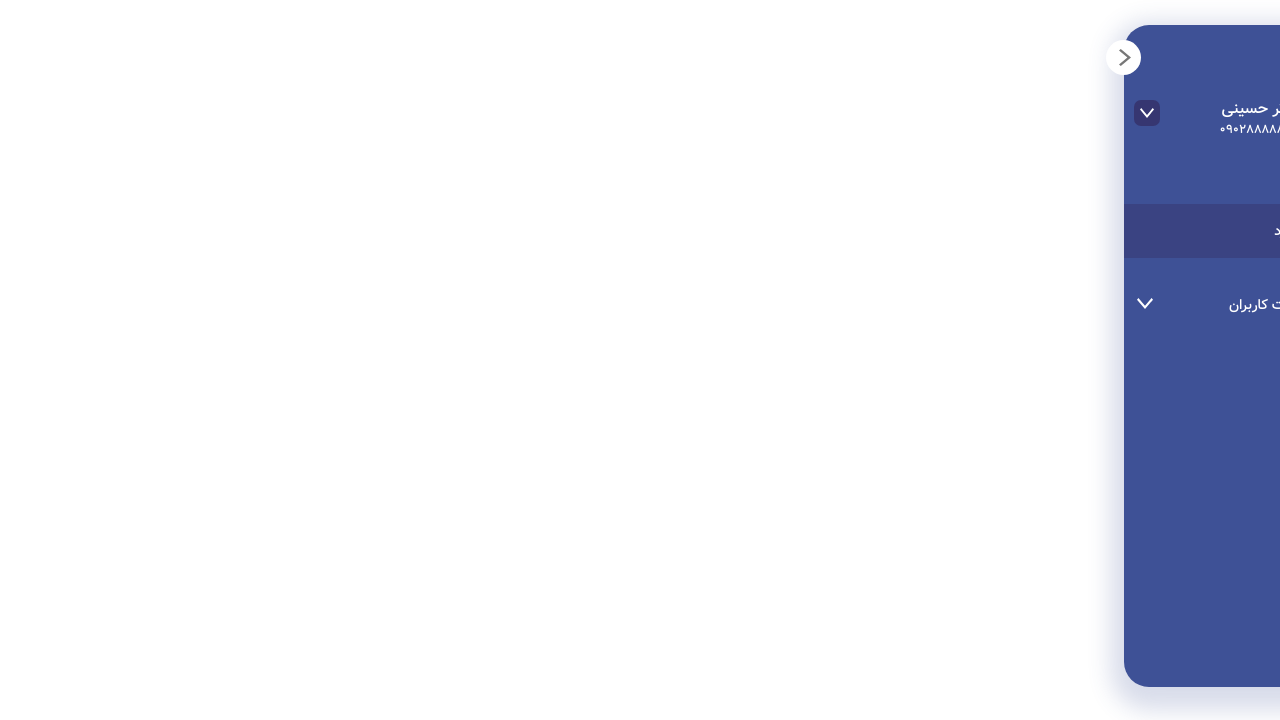
Repository: kosar78/quiz-online
Page: manager-panel-dashbord.html
These files come from the project's save history. The page is drawn as it stood at one moment and after the next save; the edit follows.
The browser window is 1280 px wide. The pictures show the whole page.

Above is the page before, as saved 2021-11-09 02:10:34.

### manager-panel-dashbord.html
<!DOCTYPE html>
<html lang="en">
<head>
    <meta charset="UTF-8">
    <meta name="viewport" content="width=device-width, initial-scale=1.0">
    <link rel="stylesheet" href="css/manager-panel.css">
    <link rel="stylesheet" href="bootstrap_files/css/bootstrap.min.css">
    <script type="text/javascript" src="JQuery_file/jQuery.js"></script>
    <script type="text/javascript" src="bootstrap_files/js/bootstrap.min.js"></script>
    <script type="text/javascript" src="js/manager-panel.js"></script>
    <title>پنل مدیر- داشبورد</title>
</head>
<body>
    <div class="container-fluid">
        <div class="row">
            <div class="col-xl-3 sidebar-parent">
                <div class="resize-sidebar">
                    <img class="resize-right show" src="images/right.svg" alt="">
                    <img class="resize-left hide" src="images/left.svg" alt="">
                </div>
                <div class="sidebar">
                    <ul class="user-profile">
                        <li class="user-img">
                            <img src="images/Cute-Kids-Baby-Girl-Toddler-SDL005498623-2-ce2cf.JPEG" alt="">
                        </li>
                        <li class="user-name-phone">
                            <p class="user-name">
                                کوثر حسینی
                            </p>
                            <p class="user-phone">
                                09028888888
                            </p>
                        </li>
                        <li class="manage-profile">
                            <img class="bottom show" src="images/bottom.svg" alt="">
                            <img class="top hide" src="images/top.svg" alt="">
                        </li>
                    </ul>
                    <div class="manage-profile-menubar hide">
                        <div>
                            <ul class="mp-menubar">
                                <li><img src="images/manage-profile-icon.svg" alt="" class="mp-icon"></li>
                                <li class="mp-name">
                                    پروفایل
                                </li>
                            </ul>
                            <ul class="mp-menubar">
                                <li><img src="images/change-pass-icon.svg" alt="" class="mp-icon"></li>
                                <li class="mp-name">
                                    تغییر رمز عبور
                                </li>
                            </ul>
                            <ul class="mp-menubar">
                                <li><img src="images/profile-manage-exit-icon.svg" alt="" class="mp-icon"></li>
                                <li class="mp-name">
                                    خروج
                                </li>
                            </ul>
                        </div>
                    </div>
                    <ul class="sidebar-case active-case dashbord">
                        <div class="v-line"></div>
                        <li class="case-icon">
                            <img src="images/dashbord-icon.svg" alt="">
                        </li>
                        <li class="case-name">
                            داشبورد
                        </li>
                    </ul>
                    <ul class="sidebar-case user-management">
                        <div class="v-line"></div>
                        <li class="case-icon">
                            <img src="images/user-management-icon.svg" alt="">
                        </li>
                        <li class="case-name">
                            مدیریت کاربران
                        </li>

                        <li class="user-mangement-cases-icon">
                            <img id="user-mangement-cases-icon-bottom" class="show" src="images/bottom.svg" alt="">
                            <img id="user-mangement-cases-icon-top" class="hide" src="images/top.svg" alt="">
                        </li>
                    </ul>
                    <div class="user-management-cases hide">
                        <ul class="user-management-case">
                            <li class="umc-icon"><img src="images/teacher-icon-hide.svg" alt=""></li>
                            <li class="umc-name">
                                استاد
                            </li>
                        </ul>
                        <ul class="user-management-case">
                            <li class="umc-icon"><img src="images/student-icon-hide.svg" alt=""></li>
                            <li class="umc-name">
                                دانشجو
                            </li>
                        </ul>
                        <ul class="user-management-case">
                            <li class="umc-icon"><img src="images/course-icon-hide.svg" alt=""></li>
                            <li class="umc-name">
                                درس
                            </li>
                        </ul>
                    </div>
                </div>
            </div>
            <div class="col-xl-9">

            </div>
        </div>
    </div>
</body>
</html>

### css/manager-panel.css
@font-face {
    font-family: FirstFont;
    src:url(../font/Vazir-Medium.woff2) format('woff2');
    src:url(../font/Vazir-Medium-FD-WOL.woff2) format('woff2');
  }
* {
    margin: 0;
    padding: 0;
    user-select: none;
    -moz-user-select: none;
    -khtml-user-select: none;
    -webkit-user-select: none;
    -o-user-select: none;
    text-align: right;
    text-decoration:none;
}
html body {
    direction: rtl;
    font-family:FirstFont;
    text-align: center;

}

ul li{
    display: inline-block;
    list-style: none;
}
.sidebar-parent{
    padding: 25px 30px !important;
    position: relative;
}
.sidebar{
    width: 100%;
    height: 92vh;
    background-color: #3E5196;
    border-radius: 25px;
    box-shadow: 0px 10px 23px 13px rgba(62, 81, 150, 0.2);

}
.resize-sidebar{
    border-radius: 50%;
    width: 35px;
    text-align: center;
    height: 35px;
    position: absolute;
    padding-top: 9px;
    top: 40px;
    background: #fff;
    padding-right: 10px;
    left: 12px;
    cursor: pointer;
}
.resize-sidebar img{
    width: 12px;
}
.user-img img{
    width: 55px;
    height: 55px;
    border-radius: 50%;
}
.user-profile{
    padding-right: 15px;
    padding-top: 60px;

}
.user-name-phone p{
    margin-bottom: 0 !important;
    color: #fff;
}
.user-name-phone{
    position: relative;
    top: 12px;
    right: 10px;
    width: 59%;
}
.user-phone{
    font-size: 12px;
}
.user-name{
    /* width: 140px; */
    height: auto;
}
.manage-profile{
    background-color: #363671;
    padding: 8px 6px;
    border-radius: 7px;
    cursor: pointer;
    position: absolute;
    left: 40px;
    margin-top: 15px;
}
.manage-profile img{
    width: 14px;
}
.sidebar-case{
    padding-right: 25px;
    padding-top: 15px;
    padding-bottom: 15px;
    margin-bottom: 0px !important;
    margin-top: 20px;

}
.dashbord{
    margin-top: 60px;
}
.sidebar-case li{
    cursor: pointer;
}
.active-case .v-line{
    background: #fff;
    width: 8px;
    position: absolute;
    height: 54px;
    top: 0;
    right: 0;
}
.active-case{
    background: rgba(54, 54, 113, 0.5);
    position: relative;
}
.case-name{
    width: 64%;
    color: #fff;
    margin-right: 15px;
    font-size: 14px;
}
.user-management .case-name{
    margin-right: 9px;
}
.user-management-case{
    margin-bottom: 0px !important;
    padding: 10px 0;
}
.user-management-case li{
    cursor: pointer;
}
.user-management-case .umc-icon img{
    width: 25px;
}
.user-management-cases{
    padding-right: 65px;
}
.user-management-case .umc-name{
    font-size: 15px;
    color: rgba(255, 255, 255, 0.8);
    padding-right: 12px;
}
.manage-profile-menubar{
    left: 40px;
    margin-top: -25px;
    position: absolute;
    z-index: 1;
}
.manage-profile-menubar div{

    background-color: #363671;
    border-radius: 10px;
    width: max-content;
    transition: all 0.4s cubic-bezier(0.39, 0.58, 0.57, 1);
}
.manage-profile-menubar .mp-menubar{
    margin-bottom: 0;
    padding: 15px;
}
.manage-profile-menubar .mp-name{
    color: #fff;
    font-size: 13px;
    padding-right: 12px;
    padding-left: 25px;
}
.manage-profile-menubar .mp-menubar li{
    cursor: pointer;
}
.user-mangement-cases-icon{
    position: absolute;
    left: 43px;
    margin-top:5px;
}
.hide{
    display: none;
}
.show{
    display: block;
}

### js/manager-panel.js
$(document).ready(function(){
    $(".manage-profile").click(function(){
        if($(".bottom").hasClass("show")){
            $(".bottom").removeClass("show")
            $(".bottom").addClass("hide")
            $(".top").addClass("show")
            $(".top").removeClass("hide")
            $(".manage-profile-menubar").removeClass("hide")
            $(".manage-profile-menubar").addClass("show")
        }
        else if($(".bottom").hasClass("hide")){
            $(".bottom").removeClass("hide")
            $(".bottom").addClass("show")
            $(".top").addClass("hide")
            $(".top").removeClass("show")
            $(".manage-profile-menubar").removeClass("show")
            $(".manage-profile-menubar").addClass("hide")
        }

    })

    $(".user-management li").click(function(){
        if($("#user-mangement-cases-icon-bottom").hasClass("show")){
            $("#user-mangement-cases-icon-bottom").removeClass("show")
            $("#user-mangement-cases-icon-bottom").addClass("hide")
            $("#user-mangement-cases-icon-top").addClass("show")
            $("#user-mangement-cases-icon-top").removeClass("hide")
            $(".user-management-cases").removeClass("hide")
            $(".user-management-cases").addClass("show")
        }
        else if($("#user-mangement-cases-icon-bottom").hasClass("hide")){
            $("#user-mangement-cases-icon-bottom").removeClass("hide")
            $("#user-mangement-cases-icon-bottom").addClass("show")
            $("#user-mangement-cases-icon-top").addClass("hide")
            $("#user-mangement-cases-icon-top").removeClass("show")
            $(".user-management-cases").removeClass("show")
            $(".user-management-cases").addClass("hide")
        }

    })
    $(".resize-sidebar").click(function(){
        if($(".resize-right").hasClass("show")){
            $(".resize-right").removeClass("show")
            $(".resize-right").addClass("hide")
            $(".resize-left").addClass("show")
            $(".resize-left").removeClass("hide")
            $(".sidebar-parent").removeClass("col-xl-3")
            $(".sidebar-parent").addClass("col-xl-1")
            $(".sidebar-parent").css("padding-left","15px !important")
        }
        else if($(".resize-right").hasClass("hide")){
            $(".resize-right").removeClass("hide")
            $(".resize-right").addClass("show")
            $(".resize-left").addClass("hide")
            $(".resize-left").removeClass("show")

        }

    })

})

Loaded but not shown: bootstrap_files/css/bootstrap.min.css (library); JQuery_file/jQuery.js (library); bootstrap_files/js/bootstrap.min.js (library)

After the next save:
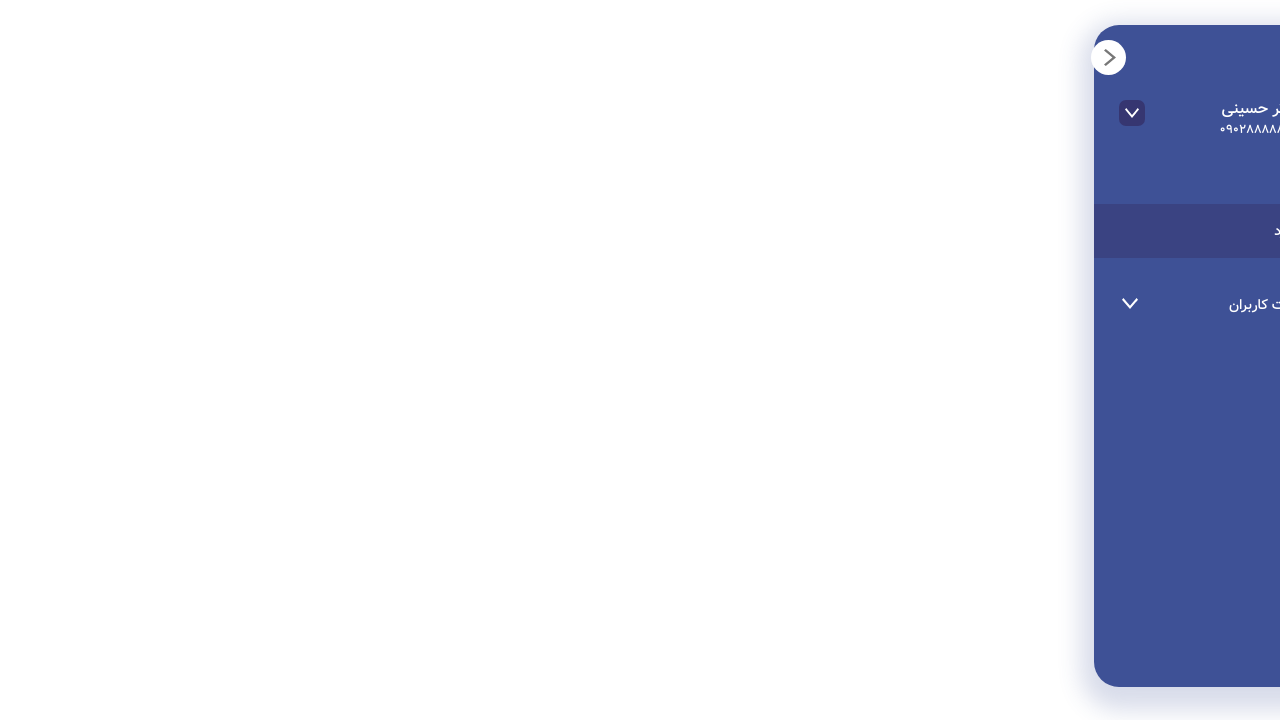
Saved 92 s later.
--- a/css/manager-panel.css
+++ b/css/manager-panel.css
@@ -26,7 +26,7 @@ ul li{
     list-style: none;
 }
 .sidebar-parent{
-    padding: 25px 30px !important;
+    padding: 25px;
     position: relative;
 }
 .sidebar{
